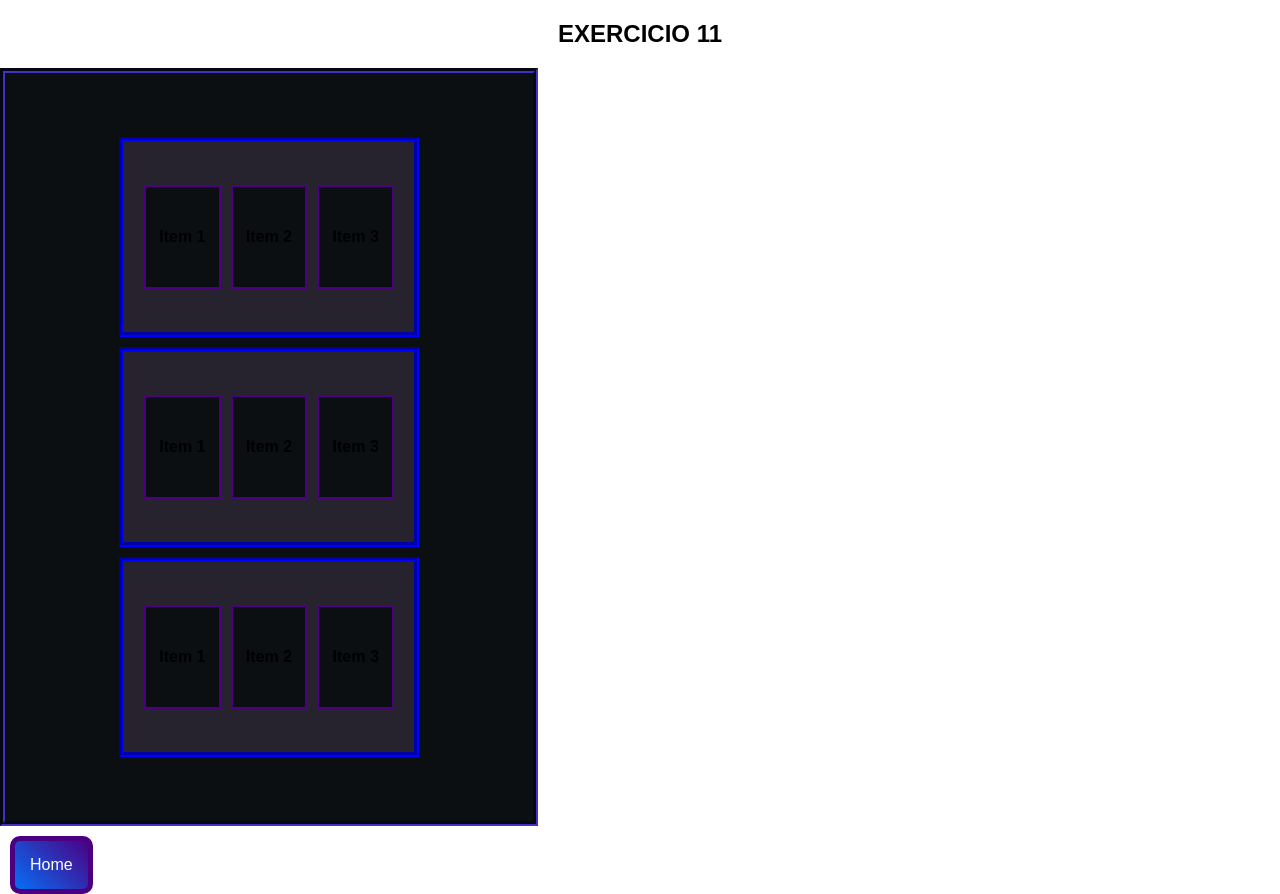
Repository: Elianmrey/TP1-Mobile-First
Page: EXERCISES/EX_11/index.html
These files come from the project's save history. The page is drawn as it stood at one moment and after a run of saves; the edit follows.
The browser window is 1280 px wide. The pictures show the whole page.

Above is the page before, as saved 2024-08-04 23:31:00.

After the next 2 saves:
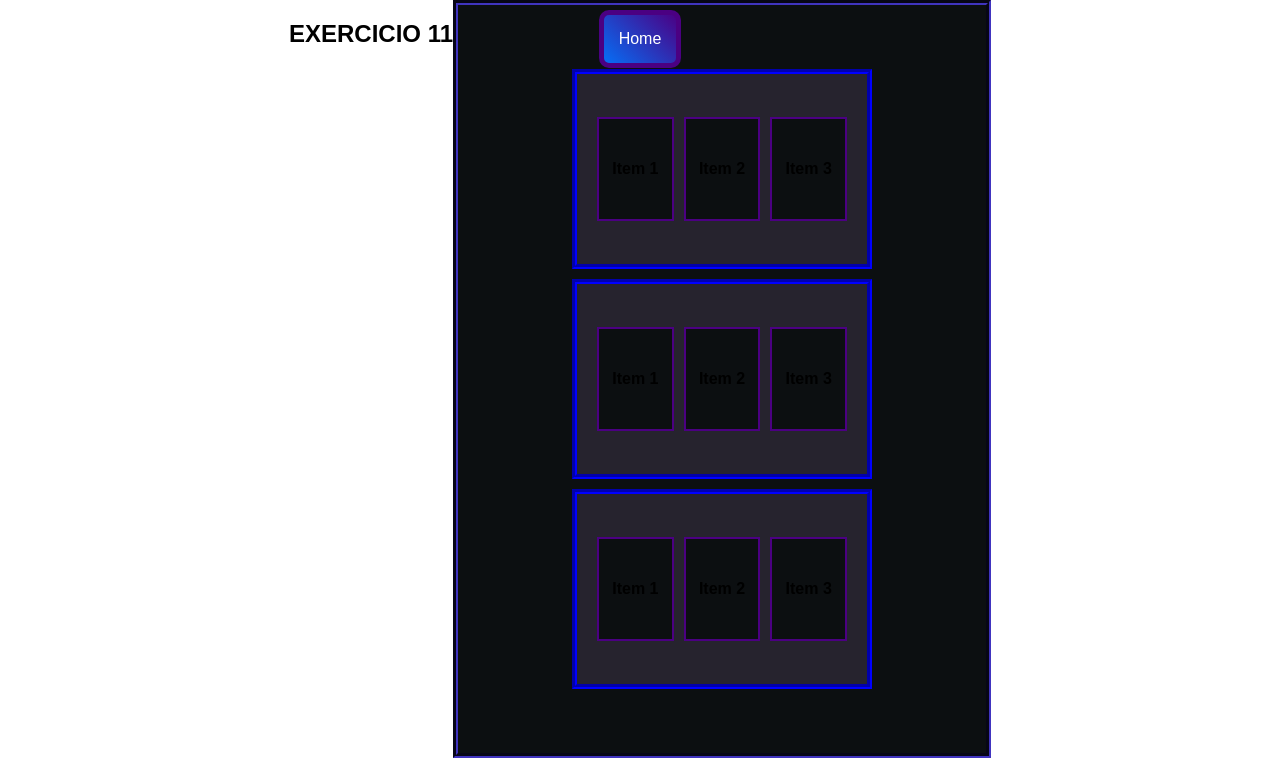
The 2 saves are shown as one change because they came seconds apart.
The last was saved 10 s later.
--- a/EXERCISES/EX_11/style.css
+++ b/EXERCISES/EX_11/style.css
@@ -1,6 +1,6 @@
 body
 {
-  display flex: ;
+  display: flex ;
 margin: 0;
 padding: 0;
 font-family: sans-serif;
